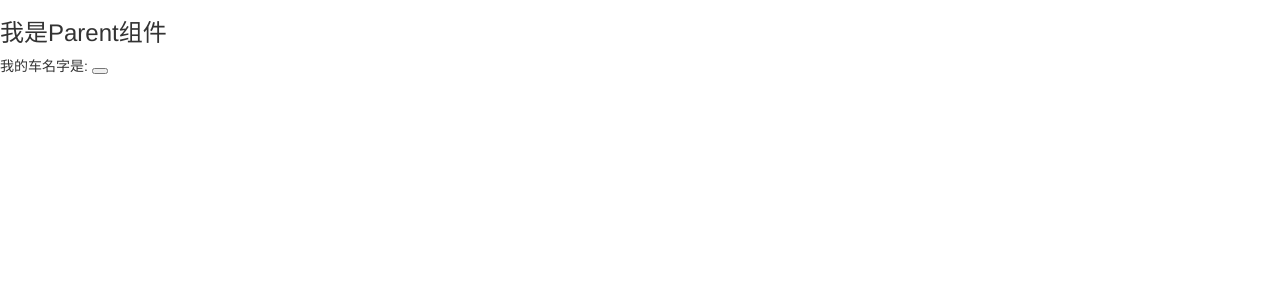
Repository: JinYiGao/ReactLearning
Page: / (app in 14.React脚手架/react_extension/)
The author's editor kept a copy of each file at every save. The page is drawn from the files as they stood at one save, then again after the next save.
The browser window is 1280 px wide. The pictures show the whole page.
The project was rebuilt for these pictures with package versions that can differ from the ones it lists, and the page was loaded fresh each time. Also part of the build but not shown: 14.React脚手架/react_extension/src/components/5_Context/index.jsx.

Above is the page before, as saved 2022-04-12 23:40:15.

After the next save:
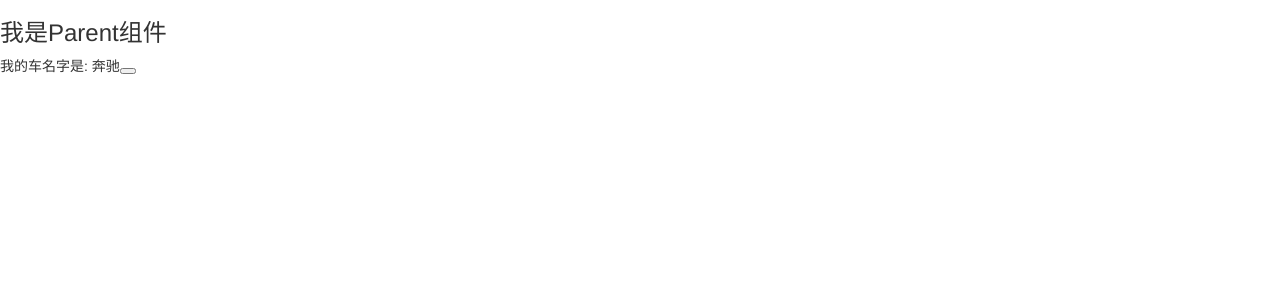
Saved 22 s later.
--- a/14.React脚手架/react_extension/src/components/6_optimizes/index.jsx
+++ b/14.React脚手架/react_extension/src/components/6_optimizes/index.jsx
@@ -4,7 +4,7 @@
  * @Author: JinYiGao
  * @Date: 2022-04-12 23:37:34
  * @LastEditors: JinYiGao
- * @LastEditTime: 2022-04-12 23:39:15
+ * @LastEditTime: 2022-04-12 23:40:37
  */
 import React, { Component } from 'react'
 
@@ -14,7 +14,7 @@ export default class Parent extends Component {
     return (
       <div>
           <h3>我是Parent组件</h3>
-          <span>我的车名字是: </span>
+          <span>我的车名字是: {this.state.carName}</span>
           <button onClick={this.changeCar}></button>
       </div>
     )
